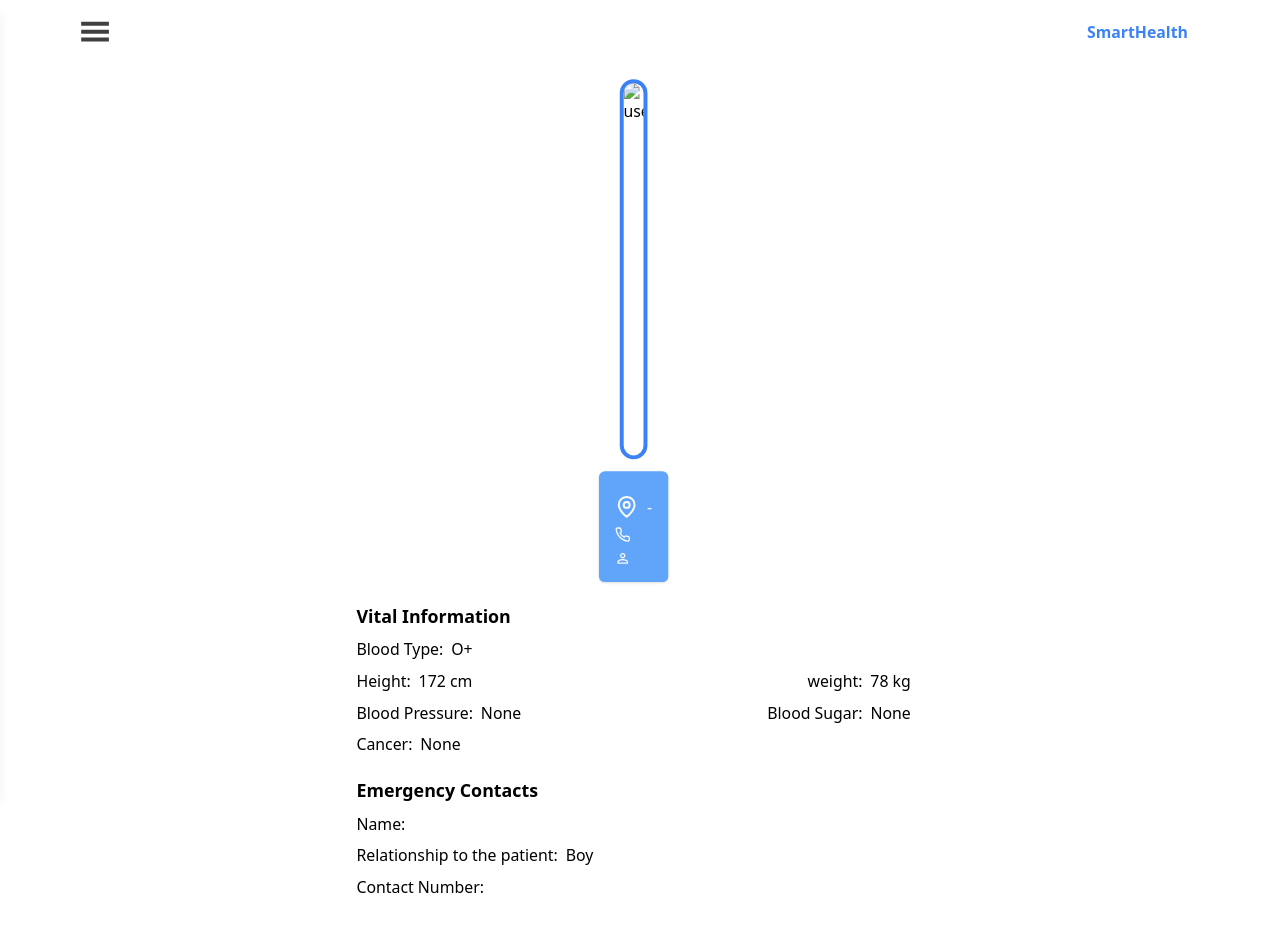
Repository: Sanaa00/HI-user
Page: /home
These files come from the project's save history. The page is drawn as it stood at one moment and after the next save; the edit follows.
The browser window is 1280 px wide. The pictures show the whole page, at 99% of full size.
The page's requests for data from a server got no answer. The project was rebuilt for these pictures with package versions that can differ from the ones it lists, and the page was loaded fresh each time. No one was signed in, and anything a server would have sent is missing. Also part of the build but not shown: vite.config.js, src/App.css, src/Components/Pagination.jsx, src/Pages/Prescription.jsx, src/Components/modalComponent.jsx, src/Pages/Laboratory.jsx, src/Pages/Radiographic.jsx, src/Components/InputField.jsx and 2 more.

Above is the page before, as saved 2024-01-12 20:59:25.

After the next save:
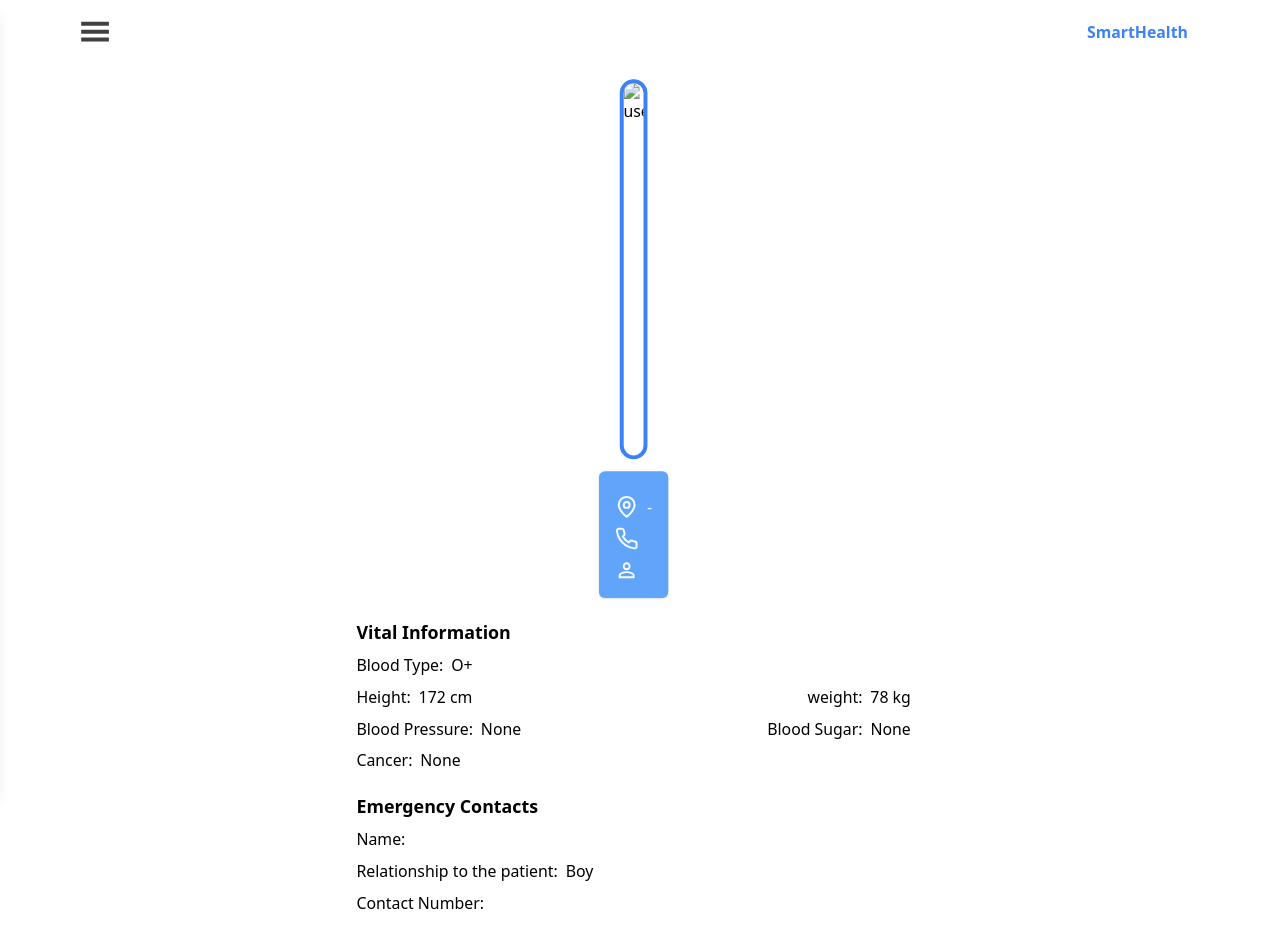
Saved 22 s later.
--- a/src/Pages/Home.jsx
+++ b/src/Pages/Home.jsx
@@ -69,7 +69,7 @@ function Home() {
           <span className="flex items-center">
             {' '}
             <span>
-              <LuPhone />
+              <LuPhone className="w-6 h-6" />
             </span>
             <span className="ml-2">{data.contactNumber}</span>
           </span>{' '}
@@ -78,7 +78,7 @@ function Home() {
           <span className="flex items-center">
             {' '}
             <span>
-              <MdPermIdentity />
+              <MdPermIdentity className="w-6 h-6" />
             </span>
             <span className="ml-2">{data.id}</span>
           </span>{' '}
